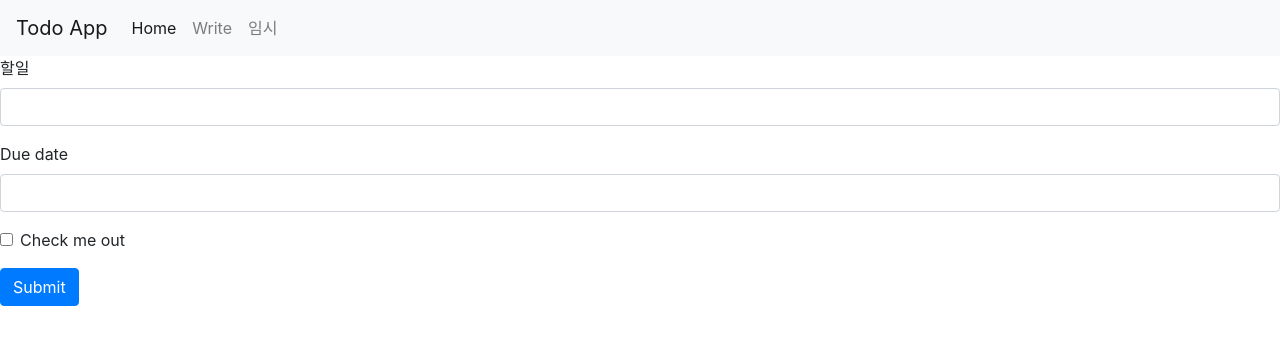
Repository: songeunleee/TodoApp
Page: write.html
An editor plug-in stored every save of this project. The page is shown before and after the next save, followed by the edit.
The browser window is 1280 px wide. The pictures show the whole page.

Above is the page before, as saved 2023-04-14 01:30:02.

After the next save:
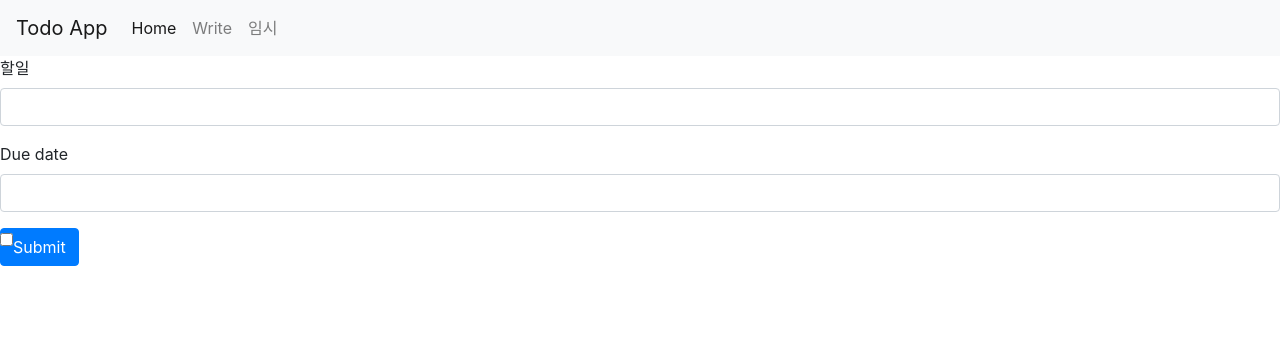
Saved 22 s later.
--- a/write.html
+++ b/write.html
@@ -45,7 +45,7 @@
         </div>
         <div class="form-group form-check">
           <input type="checkbox" class="form-check-input" id="exampleCheck1">
-          <label class="form-check-label" for="exampleCheck1">Check me out</label>
+
         </div>
         <button type="submit" class="btn btn-primary">Submit</button>
       </form>
